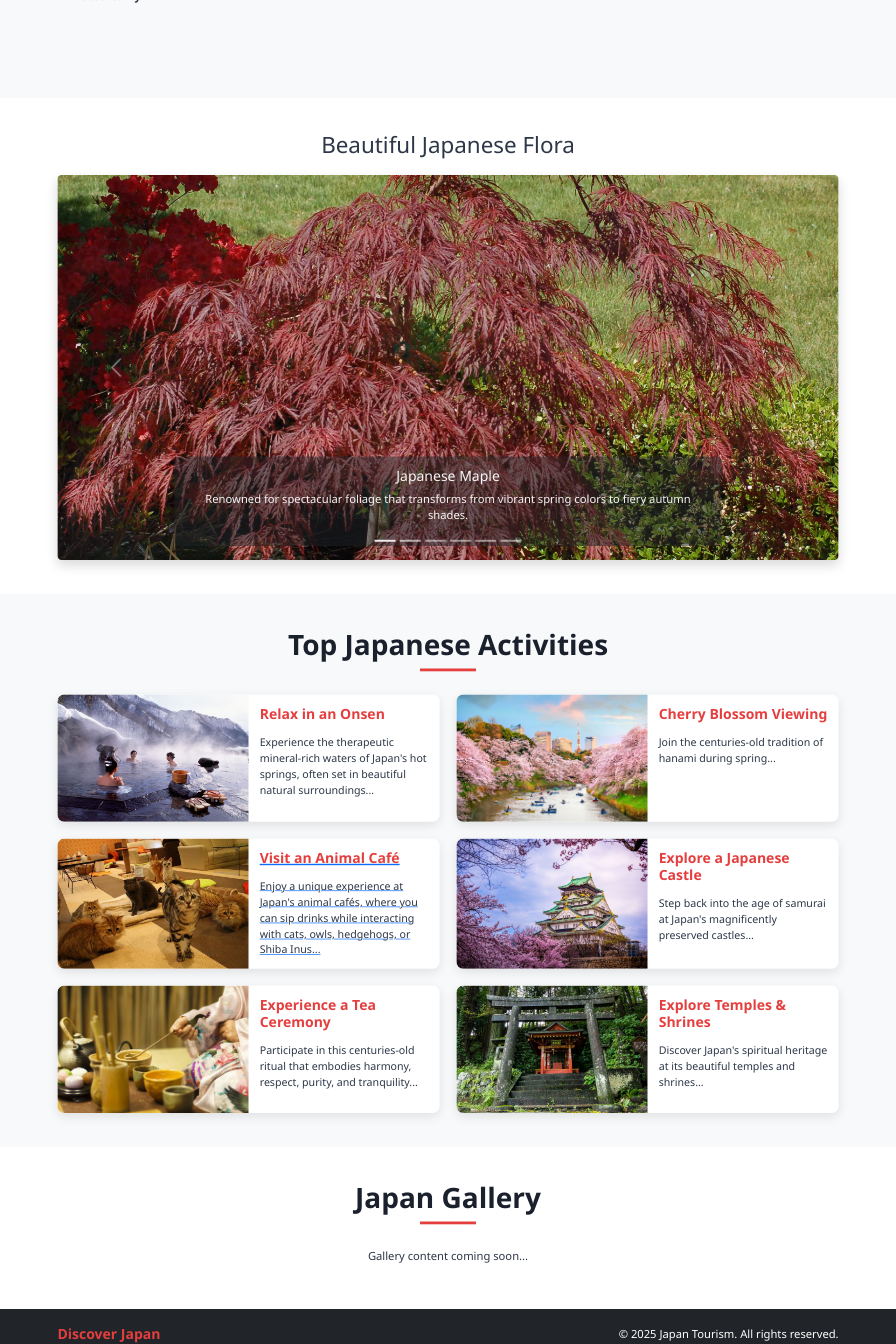
Repository: urielaracena/softwareDev
Page: project1/project1.html
These files come from the project's save history. The page is drawn as it stood at one moment and after the next save; the edit follows.
The browser window is 1280 px wide. The pictures show the part of the page from y = 1580 to 3500 px (the page is 3602 px tall before and 3937 px after), at 70% of full size.
Backgrounds fixed to the window are drawn as part of the page.

Above is the page before, as saved 2025-04-18 21:15:18.

After the next save:
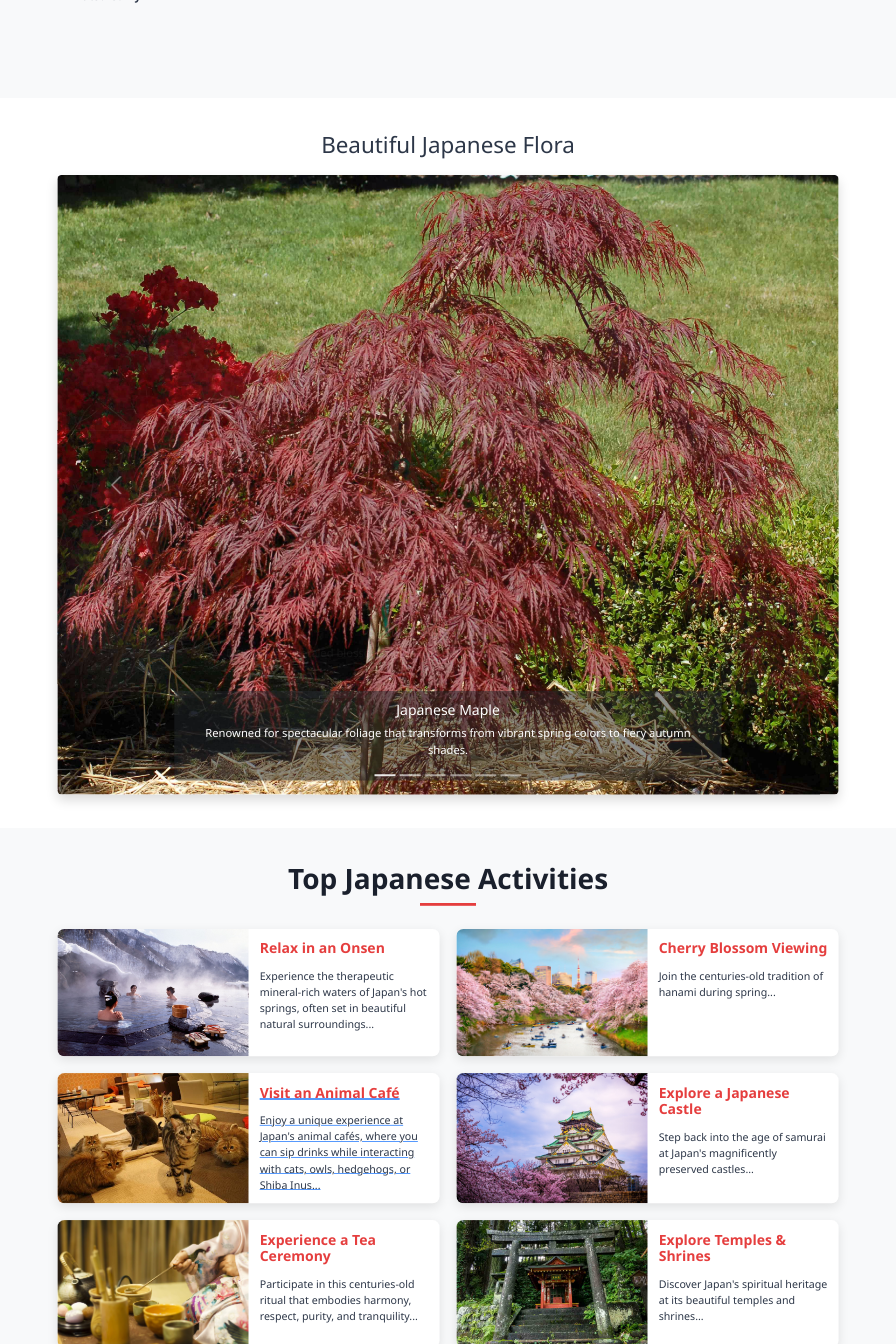
Saved 29 s later.
--- a/project1/project1style.css
+++ b/project1/project1style.css
@@ -256,10 +256,6 @@
     border-color: var(--primary);
   }
 
-  .carousel-inner img {
-    max-height: 550px;
-    object-fit: cover;
-  }
 
 
   /* Activities section */
